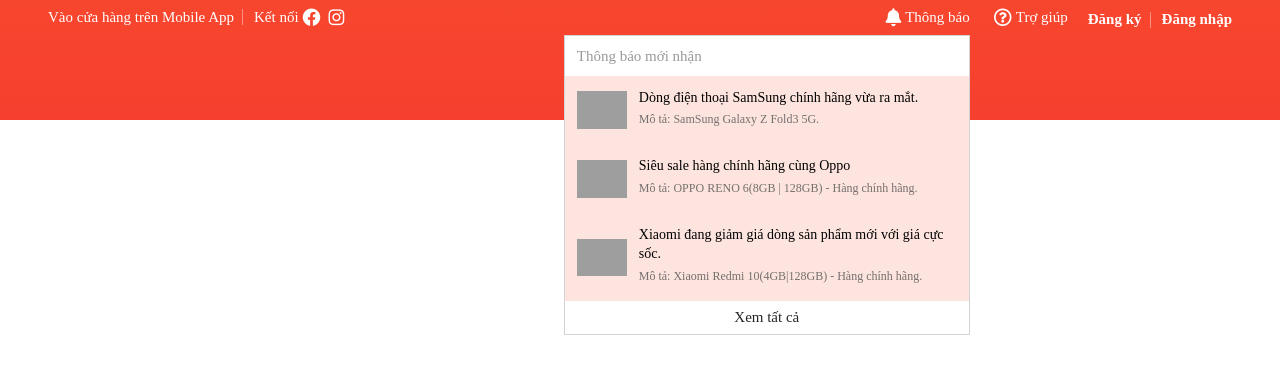
Repository: Qson412/BTL_Web
Page: index.html
The author's editor kept a copy of each file at every save. The page is drawn from the files as they stood at one save, then again after the next save.
The browser window is 1280 px wide. The pictures show the whole page.
Pictures or frames that could not be fetched are drawn as grey boxes.

Above is the page before, as saved 2021-11-29 09:47:30.

After the next save:
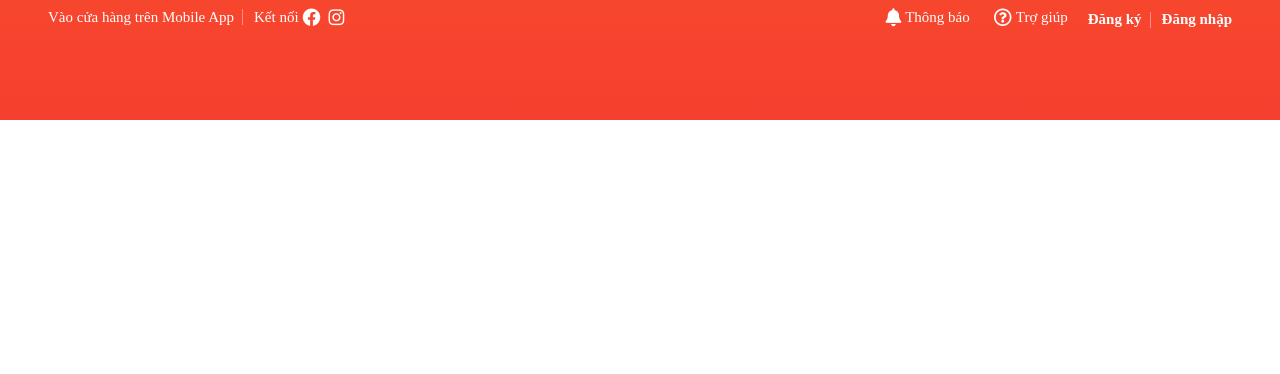
Saved 2 min 28 s later.
--- a/main.css
+++ b/main.css
@@ -120,14 +120,17 @@
     background-color: white;
     right: 0;
     cursor: default;
-    transform-origin: top right;
+    transform-origin: calc(100% - 20px) top ;
     animation: headerNotifyGrowth ease-in 0.25s;
+    display: none;
 }
 @keyframes headerNotifyGrowth{
     from{
+        opacity: 0;
         transform: scale(0);
     }
     to{
+        opacity: 1;
         transform: scale(1);
     }
 }
